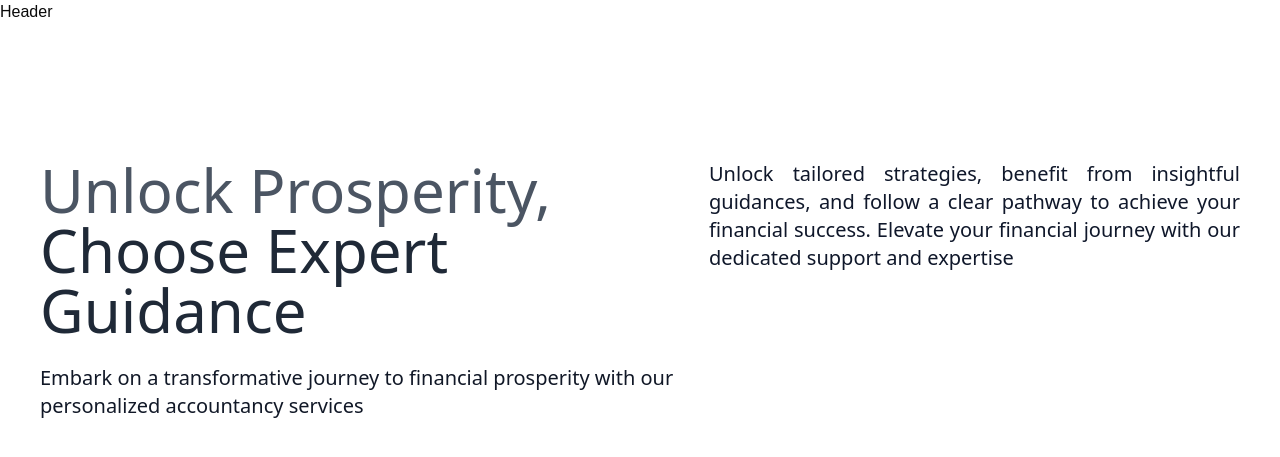
Repository: vespersolutionspk18/integrast-website
Page: /
An editor plug-in stored every save of this project. The page is shown before and after a run of saves, followed by the edit.
The browser window is 1280 px wide. The pictures show the whole page.
The project was rebuilt for these pictures with package versions that can differ from the ones it lists, and the page was loaded fresh each time. The framework's server and built-in components were replaced by stand-ins that run in the browser. Also part of the build but not shown: next.config.ts.

Above is the page before, as saved 2024-12-09 14:49:55.

### app/page.tsx
import Image from "next/image";
import Header from "./Header";
import Hero from "./Hero";

export default function Home() {
  return (
    <div>
      <Header />
      <Hero />
    </div>
  );
}

### app/Hero.tsx
import React from 'react'

const Hero = () => {
  return (
    <div className="flex flex-col p-10 ">
        <div className="flex flex-row mt-24 h-[280px] gap-5 ">
            <div className="w-[55%] flex flex-col">
                <h1 className="font-light font-sans text-6xl text-gray-600">Unlock Prosperity, <span className="text-gray-800">Choose Expert Guidance</span></h1>
                <h4 className="text-xl font-sans text-gray-900 mt-6">Embark on a transformative journey to financial prosperity with our personalized accountancy services</h4>
            </div>
            <div className="w-[45%] flex flex-col items-start ">
                <h4 className="text-xl text-justify font-sans text-slate-900">Unlock tailored strategies, benefit from insightful guidances, and follow a clear pathway to achieve your financial success. Elevate your financial journey with our dedicated support and expertise</h4>
                <div className="flex flex-row gap-5">

                </div>
            </div>
        </div>
    </div>
  )
}

export default Hero

Loaded but not shown: app/layout.tsx (common file); app/globals.css (common file); app/Header.tsx (common file); tailwind.config.ts (common file)

After the next 2 saves:
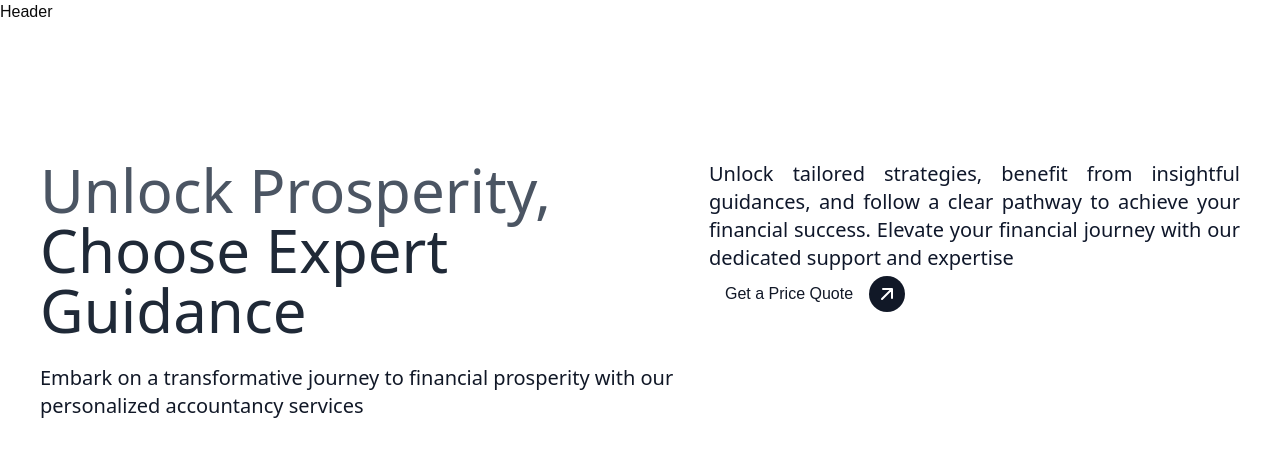
The 2 saves are shown as one change because 1 did not build or start.
The last was saved 87 s later.
--- a/app/Hero.tsx
+++ b/app/Hero.tsx
@@ -1,5 +1,5 @@
 import React from 'react'
-
+import ButtonArrow from "@/public/assets/buttonarrowwhite.svg";
 const Hero = () => {
   return (
     <div className="flex flex-col p-10 ">
@@ -11,6 +11,15 @@ const Hero = () => {
             <div className="w-[45%] flex flex-col items-start ">
                 <h4 className="text-xl text-justify font-sans text-slate-900">Unlock tailored strategies, benefit from insightful guidances, and follow a clear pathway to achieve your financial success. Elevate your financial journey with our dedicated support and expertise</h4>
                 <div className="flex flex-row gap-5">
+                <div id="button"
+  className="group  bg-white h-[44px] flex-row  text-gray-900 text-[16px] py-1 px-1 font-light rounded-full hidden md:flex items-center justify-between w-[200px] transition-width duration-500 ease-in-out  hover:w-[225px] "
+
+>
+  <div className="mx-3">Get a Price Quote</div>
+  <div className="bg-gray-900 rounded-full h-[36px] w-[36px] flex items-center justify-center transition-transform duration-500 ease-in-out group-hover:rotate-45">
+    <ButtonArrow className="h-[24px] w-[24px]" />
+  </div>
+            </div>
 
                 </div>
             </div>
